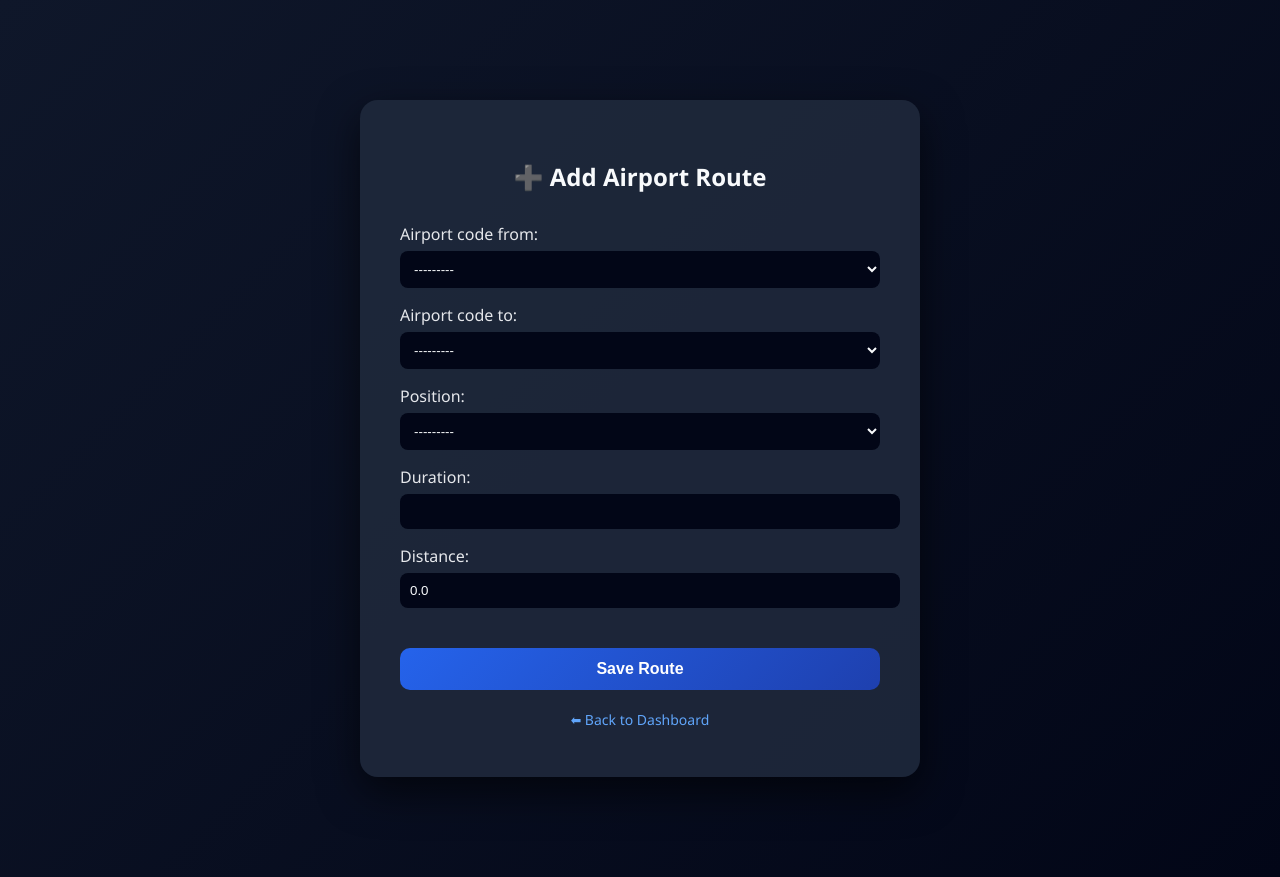
Repository: SNEHASURESH003/flight_system
Page: http://localhost/routes/add/
These files come from the project's save history. The page is drawn as it stood at one moment and after the next save; the edit follows.
The browser window is 1280 px wide. The pictures show the whole page.
The page is served by the project's application, run on Django 5.2 (manage.py). Queries for data that is not in the repository find no rows.

Above is the page before, as saved 2026-01-20 00:35:29.

After the next save:
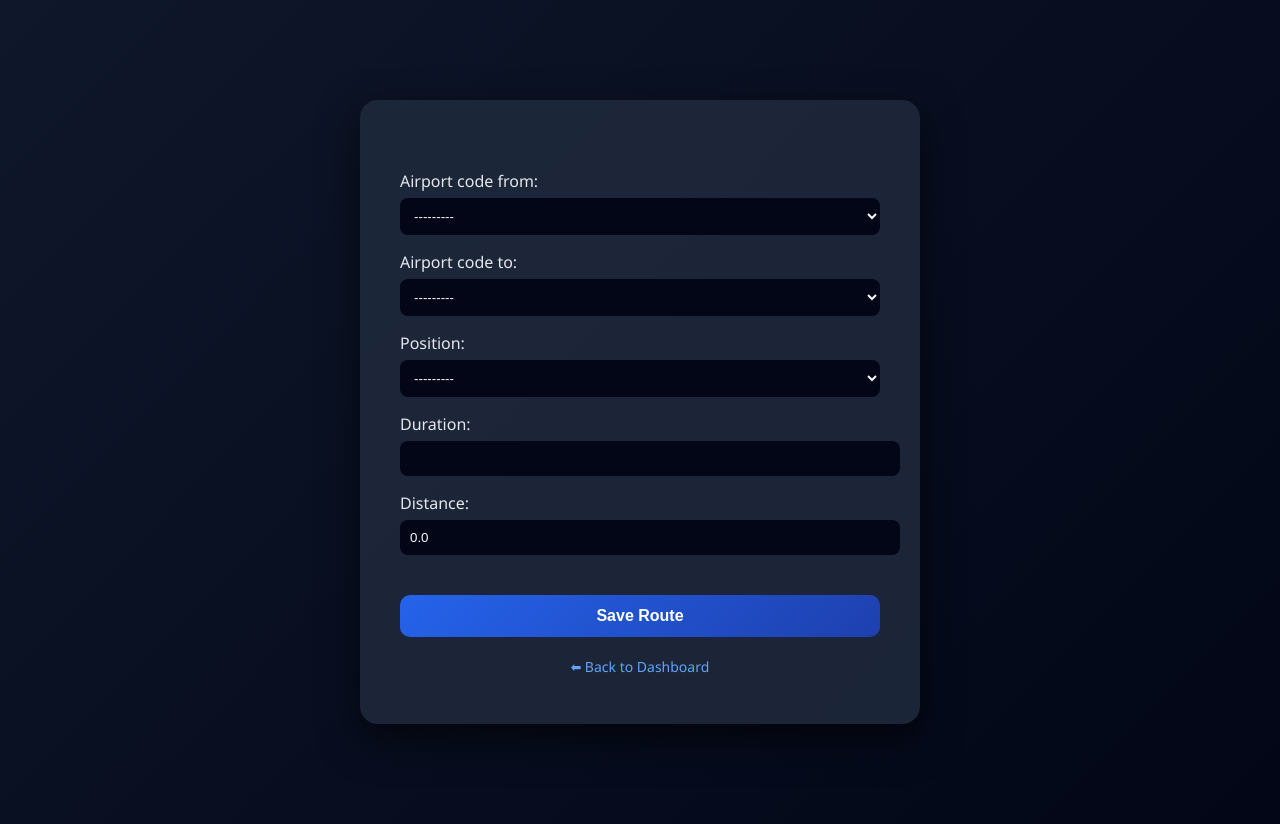
Saved 44 s later.
--- a/airport/airport_route/templates/route_form.html
+++ b/airport/airport_route/templates/route_form.html
@@ -86,7 +86,7 @@
 <body>
 
 <div class="container">
-    <h2>➕ Add Airport Route</h2>
+   <h2>{{ title }}</h2>
     {% if messages %}
   <ul>
     {% for message in messages %}
